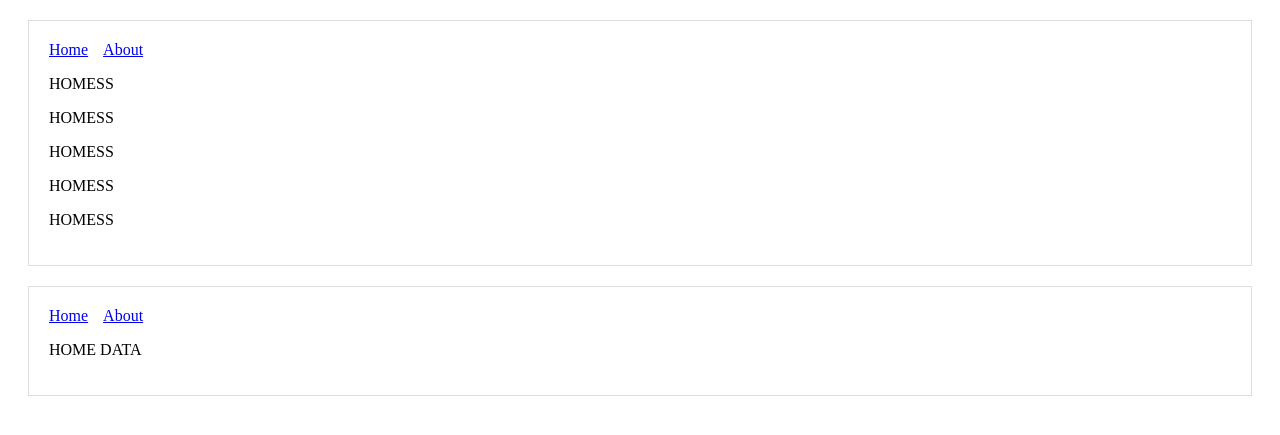
Repository: sivaraj-v/nextJs
Page: /
The author's editor kept a copy of each file at every save. The page is drawn from the files as they stood at one save, then again after the next save.
The browser window is 1280 px wide. The pictures show the whole page.
The project was rebuilt for these pictures with package versions that can differ from the ones it lists, and the page was loaded fresh each time. The framework's server and built-in components were replaced by stand-ins that run in the browser.

Above is the page before, as saved 2017-10-11 14:03:22.

After the next save:
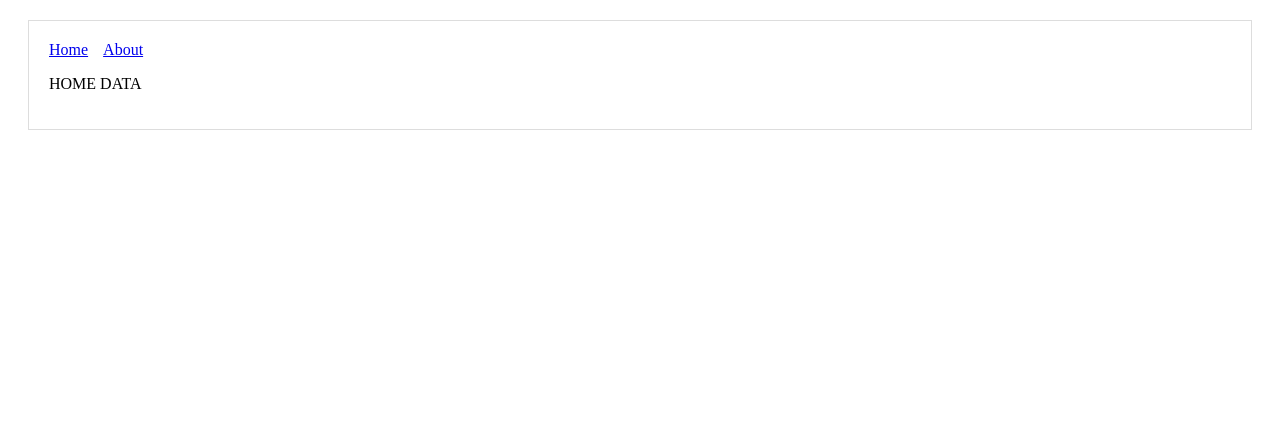
Saved 58 s later.
--- a/pages/index.js
+++ b/pages/index.js
@@ -15,13 +15,13 @@ const Index = () => (
       <meta name="viewport" content="initial-scale=1.0, width=device-width" />
     </Head>
     {/* <Header /> */}
-    <Layout>
+    {/* <Layout>
       <p>HOMESS</p>
       <p>HOMESS</p>
       <p>HOMESS</p>
       <p>HOMESS</p>
       <p>HOMESS</p>
-    </Layout>
+    </Layout> */}
     <Layout content={content} />
   </div>
 );
